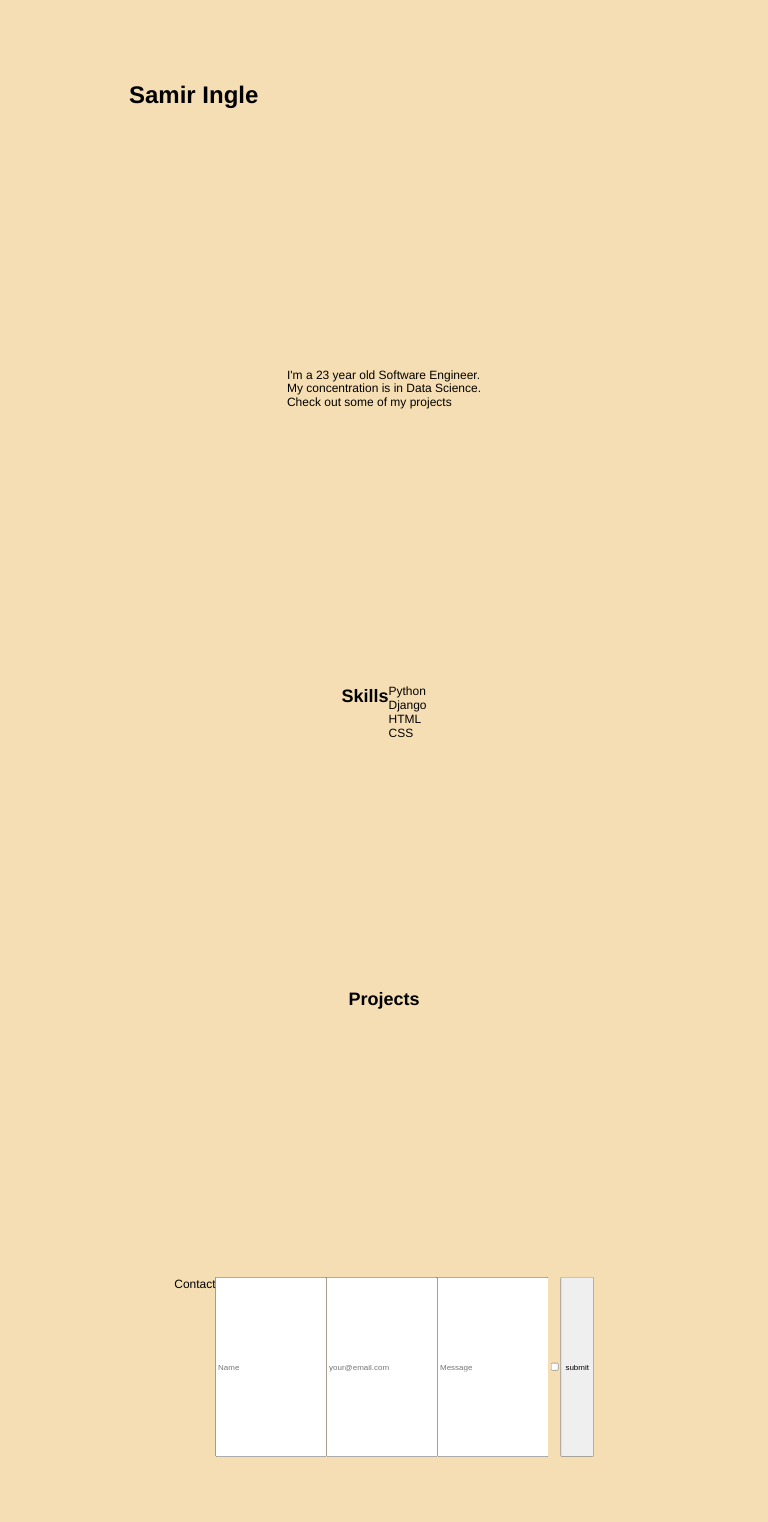
Repository: SamirIngley/html-semantic
Page: templates2/index2.html
The author's editor kept a copy of each file at every save. The page is drawn from the files as they stood at one save, then again after the next save.
The browser window is 1280 px wide. The pictures show the whole page, at 60% of full size.

Above is the page before, as saved 2020-02-09 10:53:36.

### templates2/index2.html
<!DOCTYPE html>
<html lang="en">
<head>
    <meta charset="UTF-8">
    <meta name="viewport" content="width=device-width, initial-scale=1.0">
    <meta http-equiv="X-UA-Compatible" content="ie=edge">
    <link href="style2.css" rel="stylesheet">
    <title>Samir Ingle</title>
</head>


<body>

<dic class="wrapper">
    <div class="name">
        <h1>Samir Ingle</h1>
    </div>

    <div class="bio">

        I'm a 23 year old Software Engineer.<br>
        My concentration is in Data Science. <br>
        Check out some of my projects

    </div>

    <div class="skills">
        <h2>Skills</h2>
        <br>
        Python<br>
        Django<br>
        HTML<br>
        CSS

    </div>

    <div class="projects">
        <h2>Projects</h2>

    </div>

    <div class="contact">
        Contact

        <input type="text" name="firstlast" placeholder="Name">
        <input type="email" name="email" placeholder="your@email.com">
        <input type="textarea" name="textarea" placeholder="Message">
        <input type="checkbox" name="Subscribe to my blog">
        <input type="submit" name="submit" value="submit">

    </div>
</dic>
</body>

</html>

### templates2/style2.css
body {
    background-color: wheat;
}
.wrapper {
    display: grid;
    grid-gap: 5px;
    grid-template-columns: repeat(4, 1fr);

    grid-template-areas: "n n . ."
                         ". b b ."
                         ". s s ."
                         ". s s ."
                         ". p p ."
                         ". c c ."
}

.wrapper>div {
    display: flex;
    font-family: Helvetica;
    padding: 100px;
    font-size: 20px;
    justify-content: center;
    height: 300px;
}

.name {
    grid-area: n;
    /* padding: */
}

.bio {
    grid-area: b;
}

.skills {
    grid-area: s;
}

.projects {
    grid-area: p;
}

.contact {
    grid-area: c;
}

After the next save:
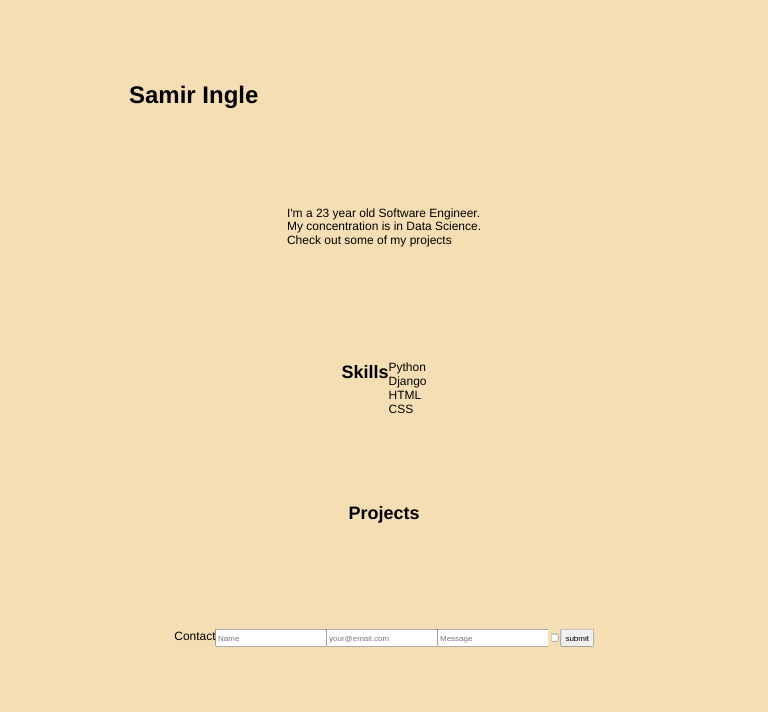
Saved 12 s later.
--- a/templates2/style2.css
+++ b/templates2/style2.css
@@ -20,7 +20,7 @@
     padding: 100px;
     font-size: 20px;
     justify-content: center;
-    height: 300px;
+    height: 30px;
 }
 
 .name {

After the save that followed:
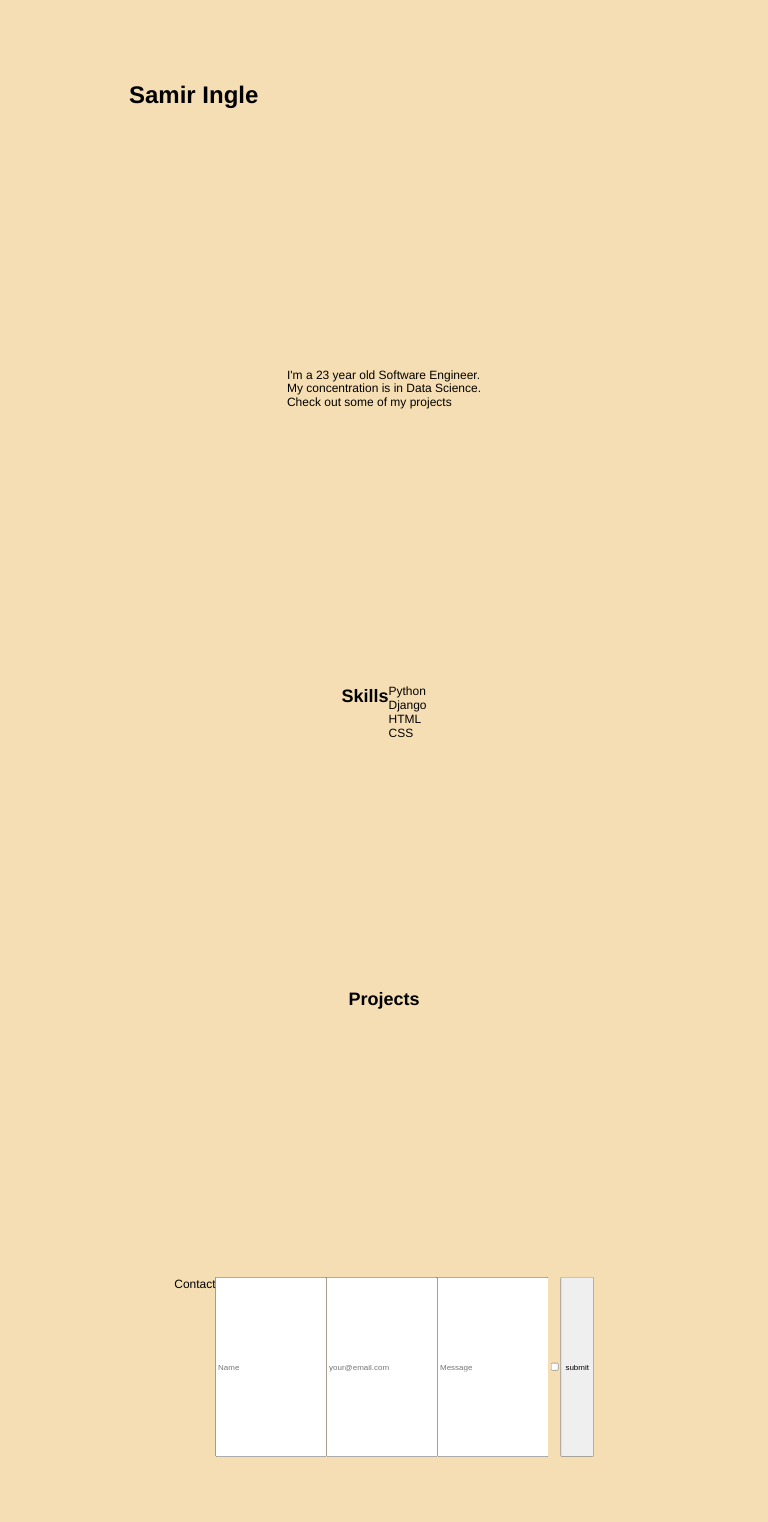
Saved 4 s later.
--- a/templates2/style2.css
+++ b/templates2/style2.css
@@ -20,7 +20,7 @@
     padding: 100px;
     font-size: 20px;
     justify-content: center;
-    height: 30px;
+    height: 300px;
 }
 
 .name {
